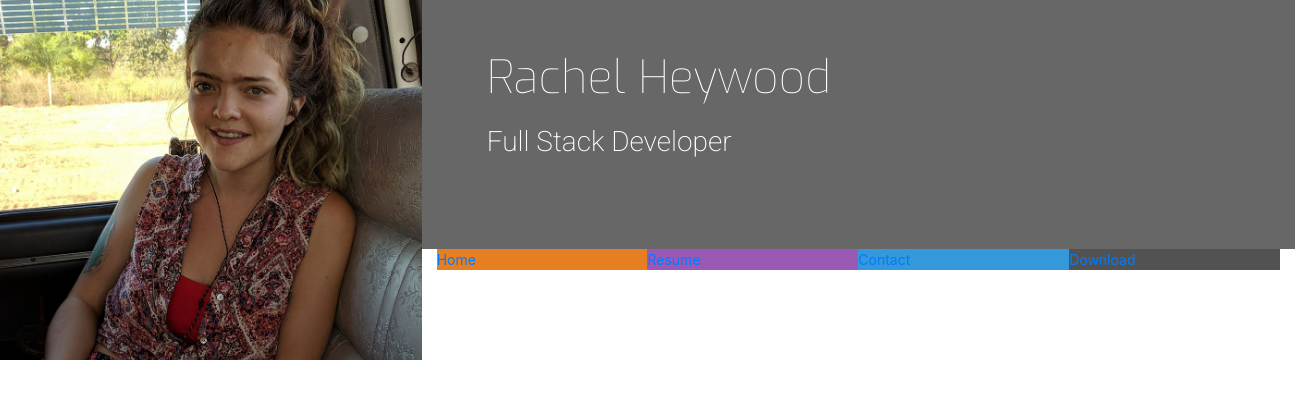
Repository: Heywood93/resume
Page: index.html
The author's editor kept a record of every edit. The page is drawn from the files as they stood at one moment, then again after the next edit.
The browser window is 1280 px wide. The page is 1295 px wide, so the pictures cover 1295 px, including what lies to the right of the window. The pictures show the whole page.

Above is the page before.

After the next edit:
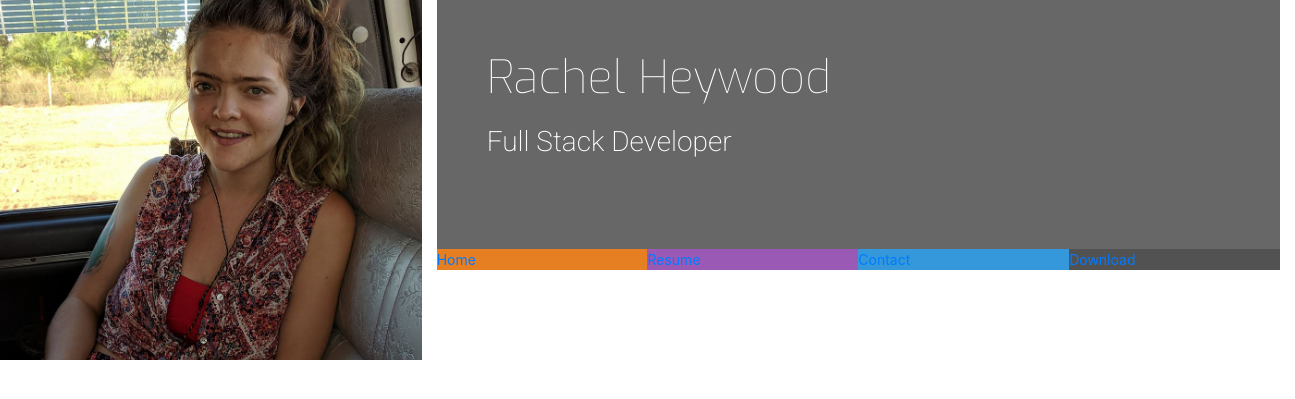
The edit:
--- a/index.html
+++ b/index.html
@@ -16,7 +16,7 @@
 
             </a>
             <div class="col-md-8">
-                <div class="row bg-color-name-title">
+                <div class="row no-gutters bg-color-name-title">
                     <div class="col heading">
                         <h1 class="name">Rachel Heywood</h1>
                         <h2 class="title">Full Stack Developer</h2>
